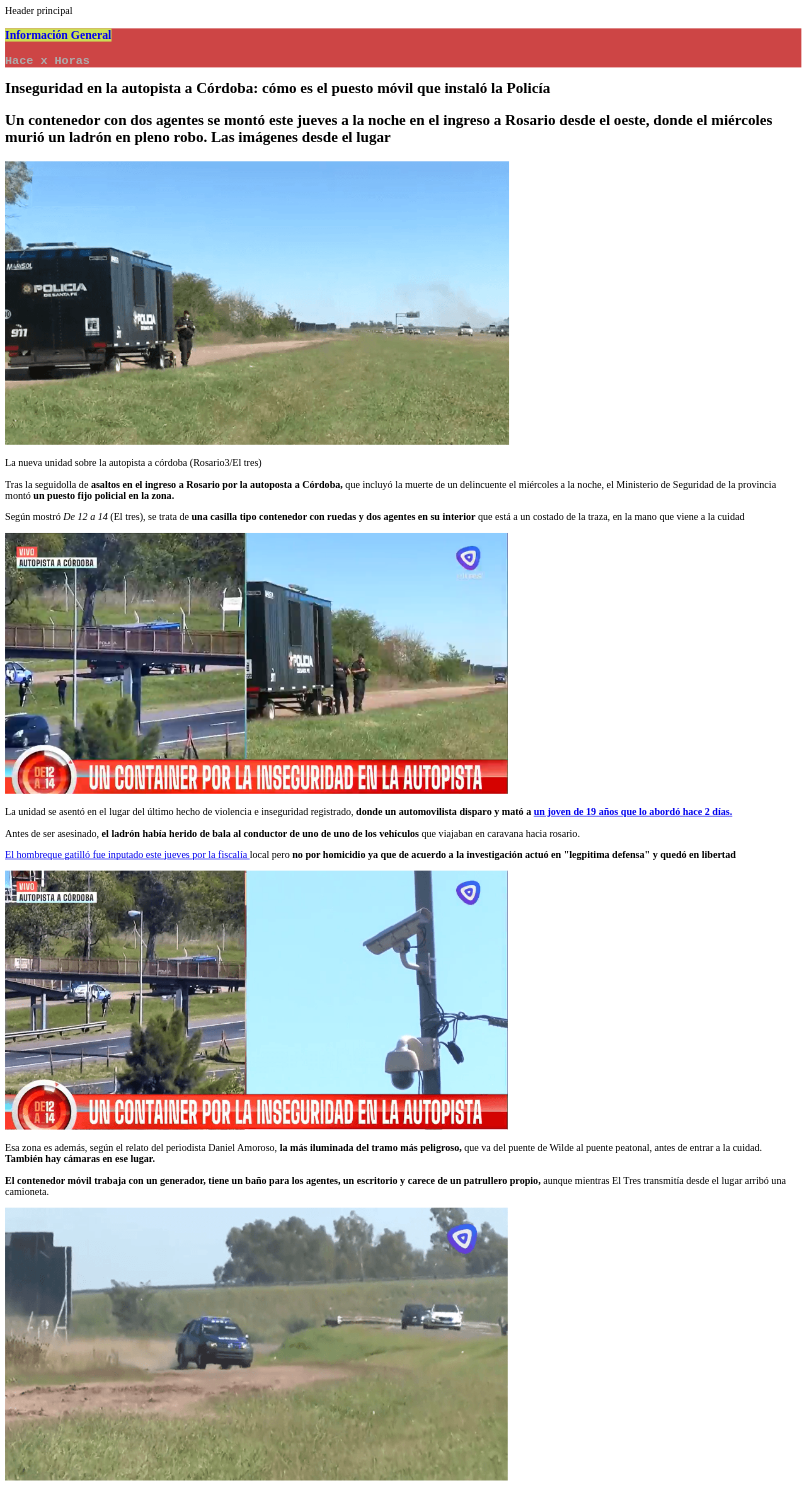
Repository: Larrowo/LPPA
Page: Clase 2/index.html
The author's editor kept a copy of each file at every save. The page is drawn from the files as they stood at one save, then again after the next save.
The browser window is 1280 px wide. The pictures show the whole page, at 63% of full size.

Above is the page before, as saved 2022-04-16 16:39:38.

### Clase 2/index.html
<!DOCTYPE html>
<html lang="en">
<head>
    <meta charset="UTF-8">
    <meta http-equiv="X-UA-Compatible" content="IE=edge">
    <meta name="viewport" content="width=device-width, initial-scale=1.0">
    <title>Noticia LPPA</title>
    <link rel="stylesheet" href="style.css">
</head>
<body>
    <header>
        Header principal
    </header>
    <main class="conteiner">
        <article class="articulo">
            <div class="notaMainPart">
                <div class="notaTopPart">
                    <div class="volanta">
                        <h3 class="claseNoticia">
                            <a class="linkClaseNoticia" href="https://www.rosario3.com/seccion/informacion-general" style="text-decoration:none">Información General</a>
                            <p class="fecha-nota"><time>Hace x Horas</time></p>

                        </h3>
                    </div>
                    <h1>
                        Inseguridad en la autopista a Córdoba: cómo es el puesto móvil que instaló la Policía
                    </h1>
                    <h2>
                        <p>
                            Un contenedor con dos agentes se montó este jueves a la noche en el ingreso a Rosario desde el oeste, donde el miércoles murió un ladrón en pleno robo. Las imágenes desde el lugar
                        </p>
                    </h2>
                    <div class="fotoPrincipal">
                        <img src="/Clase 2/photos/fotoPrincipal.png" alt="">

                    </div>
                    <div class="descripcionFoto">
                        <p>La nueva unidad sobre la autopista a córdoba (Rosario3/El tres)</p>
                    </div>
                </div>
                <div class="cuerpoNota">
                    <p>Tras la seguidolla de <strong> asaltos en el ingreso a Rosario por la autoposta a Córdoba,</strong> que incluyó la muerte de un delincuente el miércoles a la noche, el Ministerio de Seguridad de la provincia montó <strong>un puesto fijo policial en la zona.</strong></p>
                    <p>Según mostró <em>De 12 a 14</em> (El tres), se trata de <strong>una casilla tipo contenedor con ruedas y dos agentes en su interior</strong> que está a un costado de la traza, en la mano que viene a la cuidad</p>
                    <div class="segundaImagen">
                        <img src="/Clase 2/photos/segundaImagen.png" alt="">
                    </div>
                    <p>La unidad se asentó en el lugar del último hecho de violencia e inseguridad registrado, <strong>donde un automovilista disparo y mató a <a href="https://www.rosario3.com/policiales/Quien-era-y-que-se-sabe-del-crimen-del-ladron-en-la-autopista-Rosario-Cordoba-20220414-0011.html" target="_blank"> un joven de 19 años que lo abordó hace 2 días.</a></strong></p>
                    <p>Antes de ser asesinado, <strong>el ladrón había herido de bala al conductor de uno de uno de los vehículos </strong>que viajaban en caravana hacia rosario.</p>
                    <p><a href="https://www.rosario3.com/policiales/Ladron-muerto-en-la-autopista-imputaron-al-automovilista-pero-bajo-legitima-defensa-20220414-0082.html" target="_blank">El hombreque gatilló fue inputado este jueves por la fiscalía </a>local pero <strong>no por homicidio ya que de acuerdo a la investigación actuó en "legpitima defensa" y quedó en libertad</strong></p>
                    <div class="terceraImagen">
                        <img src="/Clase 2/photos/terceraImagen.png" alt="">
                    </div>
                    <p>Esa zona es además, según el relato del periodista Daniel Amoroso, <strong>la más iluminada del tramo más peligroso,</strong> que va del puente de Wilde al puente peatonal, antes de entrar a la cuidad. <Strong>También hay cámaras en ese lugar.</Strong></p>
                    <p><strong>El contenedor móvil trabaja con un generador, tiene un baño para los agentes, un escritorio y carece de un patrullero propio,</strong> aunque mientras El Tres transmitía desde el lugar arribó una camioneta.</p>
                    <div class="cuartaImagen">
                        <img src="/Clase 2/photos/cuartaImagen.png" alt="">
                    </div>
                </div>
            </div>
        </article>
    </main>
</body>
</html>

### Clase 2/style.css
.fecha-nota{
   font-family: "Space Mono", monospace;
   color: #adadad;
}

.linkClaseNoticia{
    background-color: #cd5;
}

.volanta{

    background-color: #cd4545;
}

After the next save:
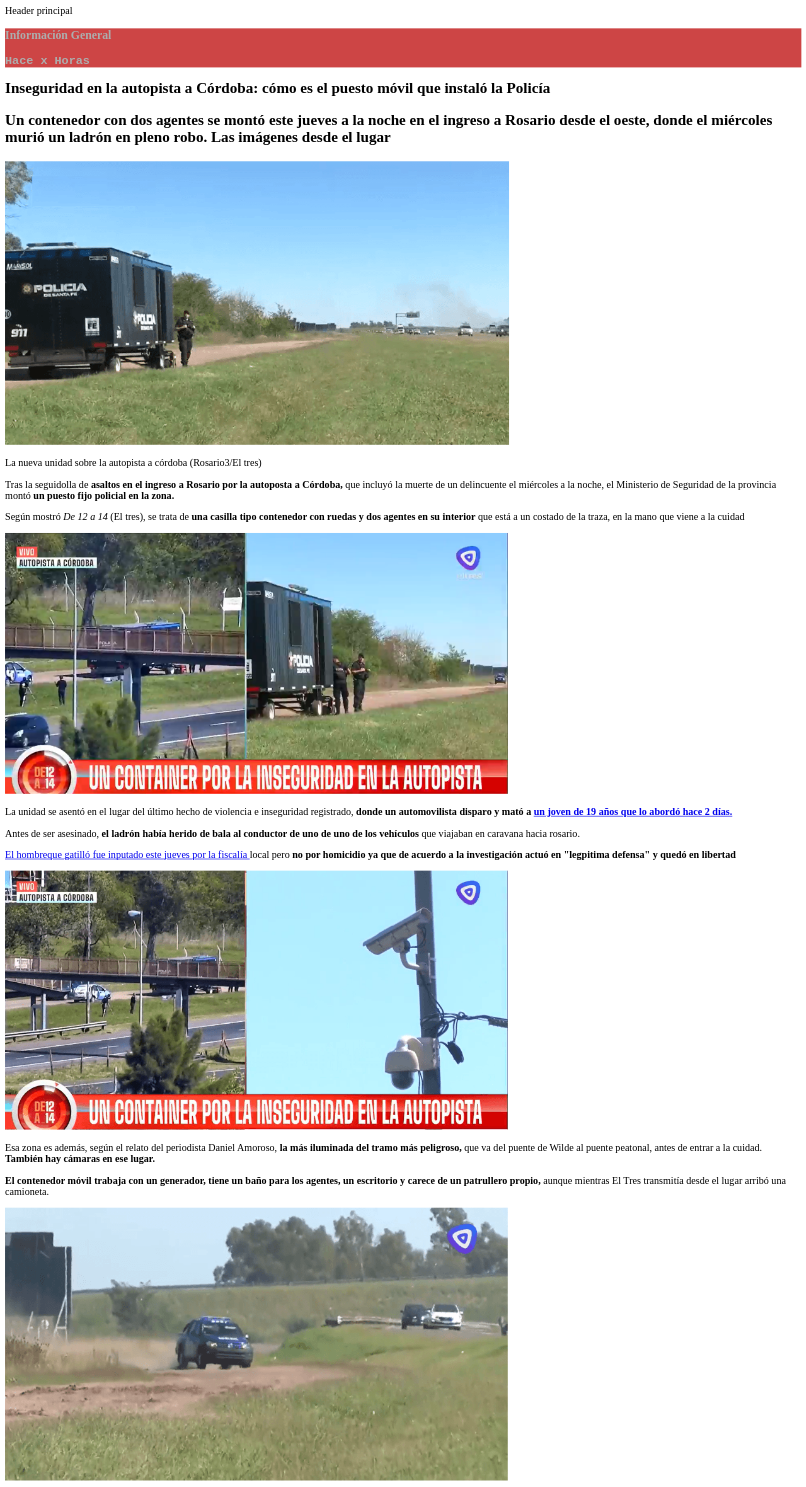
Saved 11 s later.
--- a/Clase 2/style.css
+++ b/Clase 2/style.css
@@ -4,7 +4,7 @@
 }
 
 .linkClaseNoticia{
-    background-color: #cd5;
+    color: #adadad;
 }
 
 .volanta{
